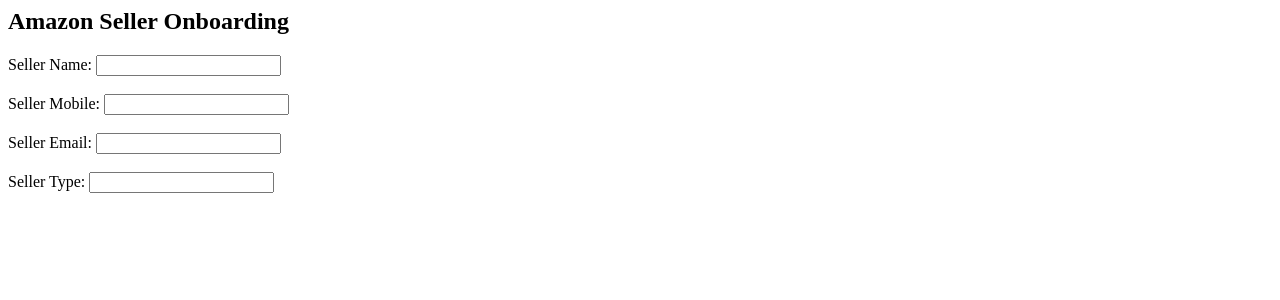
Repository: munnaksah/spring-framework-core
Page: http://localhost/Amazon-Reseller-Onboarding/
The author's editor kept a copy of each file at every save. The page is drawn from the files as they stood at one save, then again after the next save.
The browser window is 1280 px wide. The pictures show the whole page.
The page is served by Tomcat 9. Other server files are loaded and not shown.

Above is the page before, as saved 2026-04-03 09:47:51.

### Amazon-Reseller-Onboarding/src/main/webapp/index.jsp
<html>
<body>
<h2>Amazon Seller Onboarding</h2>

<form action="onboarding"></form>

Seller Name: <input type = "text" name = "sellerName"><br><br>
Seller Mobile: <input type = "text" name = "sellerMobile"><br><br>
Seller Email: <input type = "text" name = "sellerEmail"><br><br>
Seller Type: <input type = "text" name = "sellerType"><br><br>

</form>



</body>
</html>

After the next save:
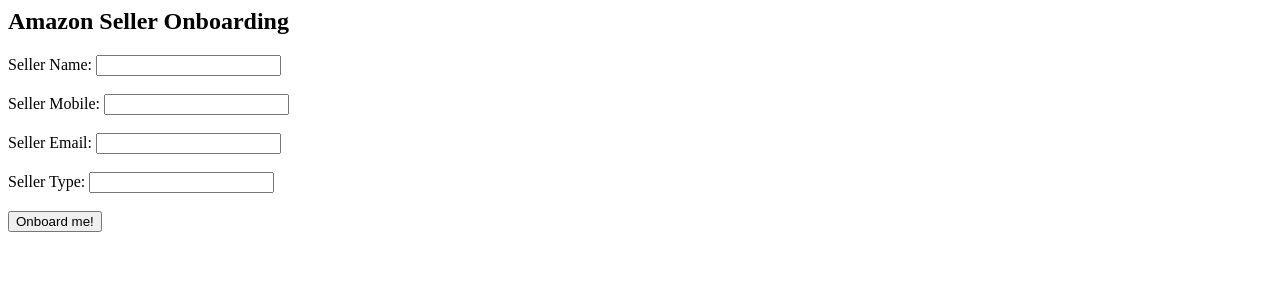
Saved 80 s later.
--- a/Amazon-Reseller-Onboarding/src/main/webapp/index.jsp
+++ b/Amazon-Reseller-Onboarding/src/main/webapp/index.jsp
@@ -8,6 +8,7 @@
 Seller Mobile: <input type = "text" name = "sellerMobile"><br><br>
 Seller Email: <input type = "text" name = "sellerEmail"><br><br>
 Seller Type: <input type = "text" name = "sellerType"><br><br>
+<input type ="submit" value = "Onboard me!">
 
 </form>
 
